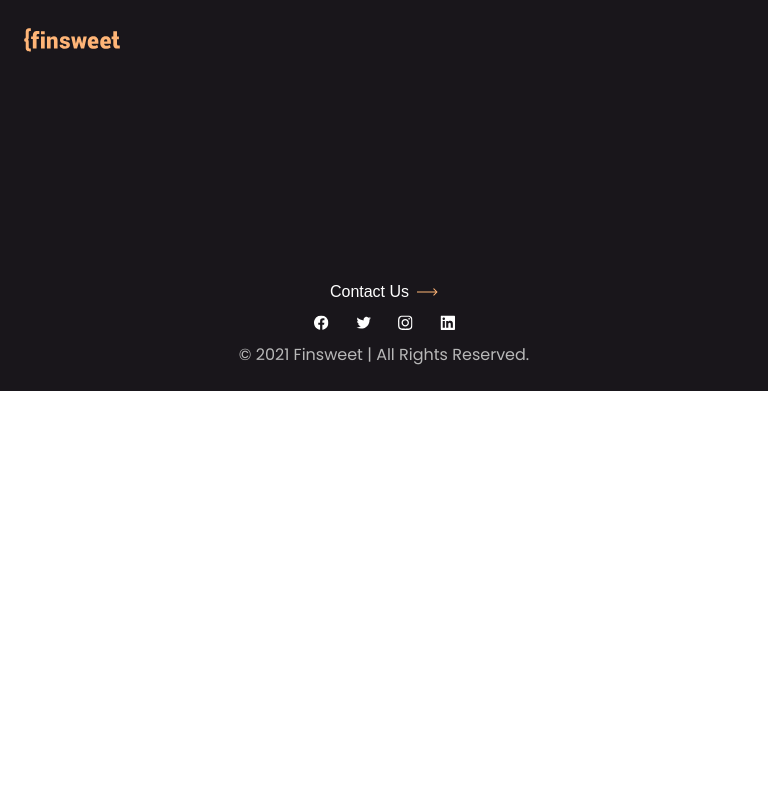
Repository: Minns-Cao/project-finsweet
Page: contact.html
An editor plug-in stored every save of this project. The page is shown before and after the next save, followed by the edit.
The browser window is 768 px wide. The pictures show the whole page.
Some web fonts or font styles are not loaded; a fallback is used.

Above is the page before, as saved 2023-04-28 15:07:10.

After the next save:
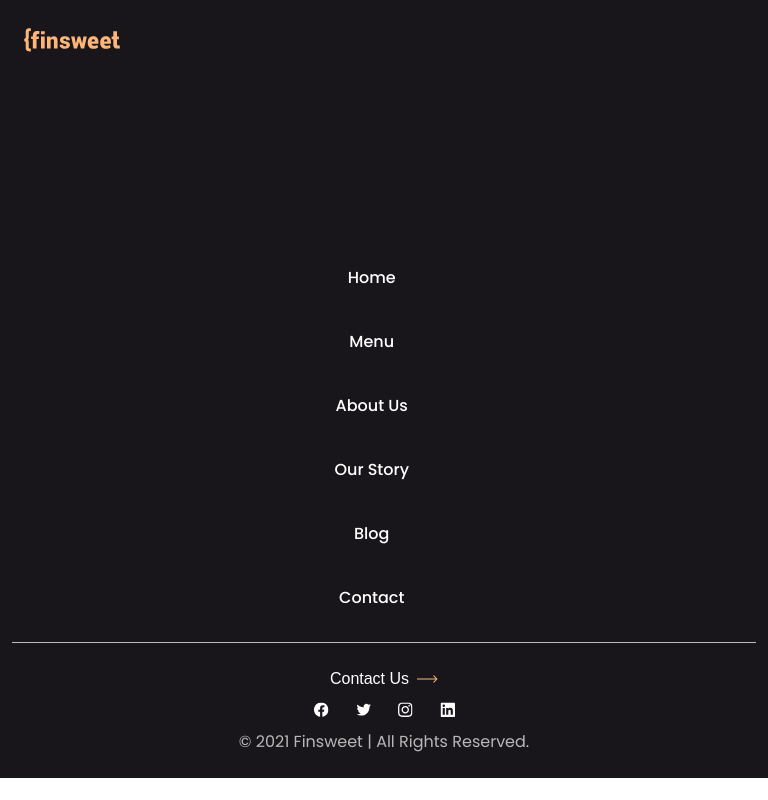
Saved 8 s later.
--- a/assets/css/style.css
+++ b/assets/css/style.css
@@ -242,8 +242,7 @@ a {
     }
 
     /* Footer */
-    .footer .logo,
-    .footer .nav {
+    .footer .logo {
         display: none;
     }
 
